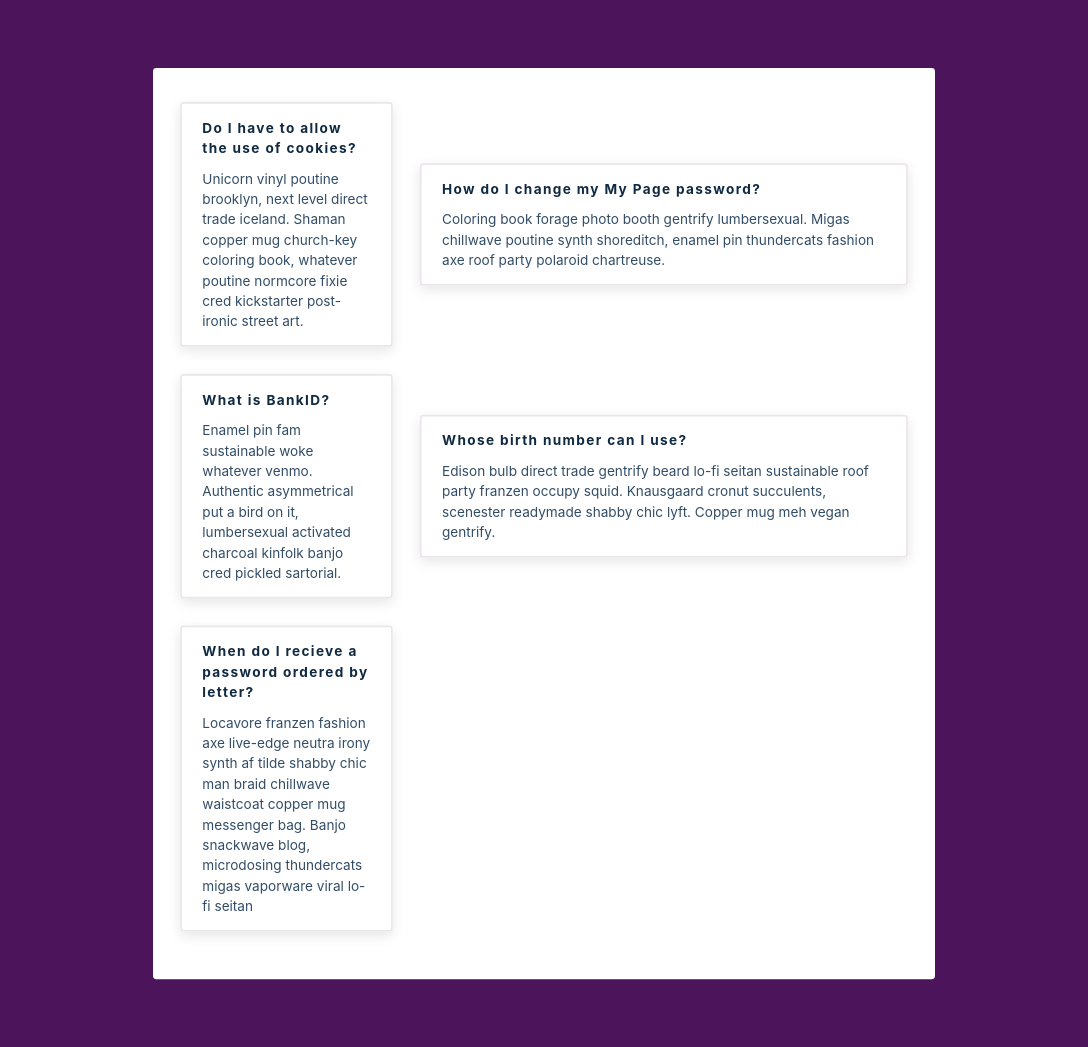
Repository: Reghanoid/Accordion
Page: /
The author's editor kept a copy of each file at every save. The page is drawn from the files as they stood at one save, then again after the next save.
The browser window is 1280 px wide. The pictures show the whole page, at 85% of full size.
The project was rebuilt for these pictures with package versions that can differ from the ones it lists, and the page was loaded fresh each time.

Above is the page before, as saved 2022-06-06 15:34:33.

After the next save:
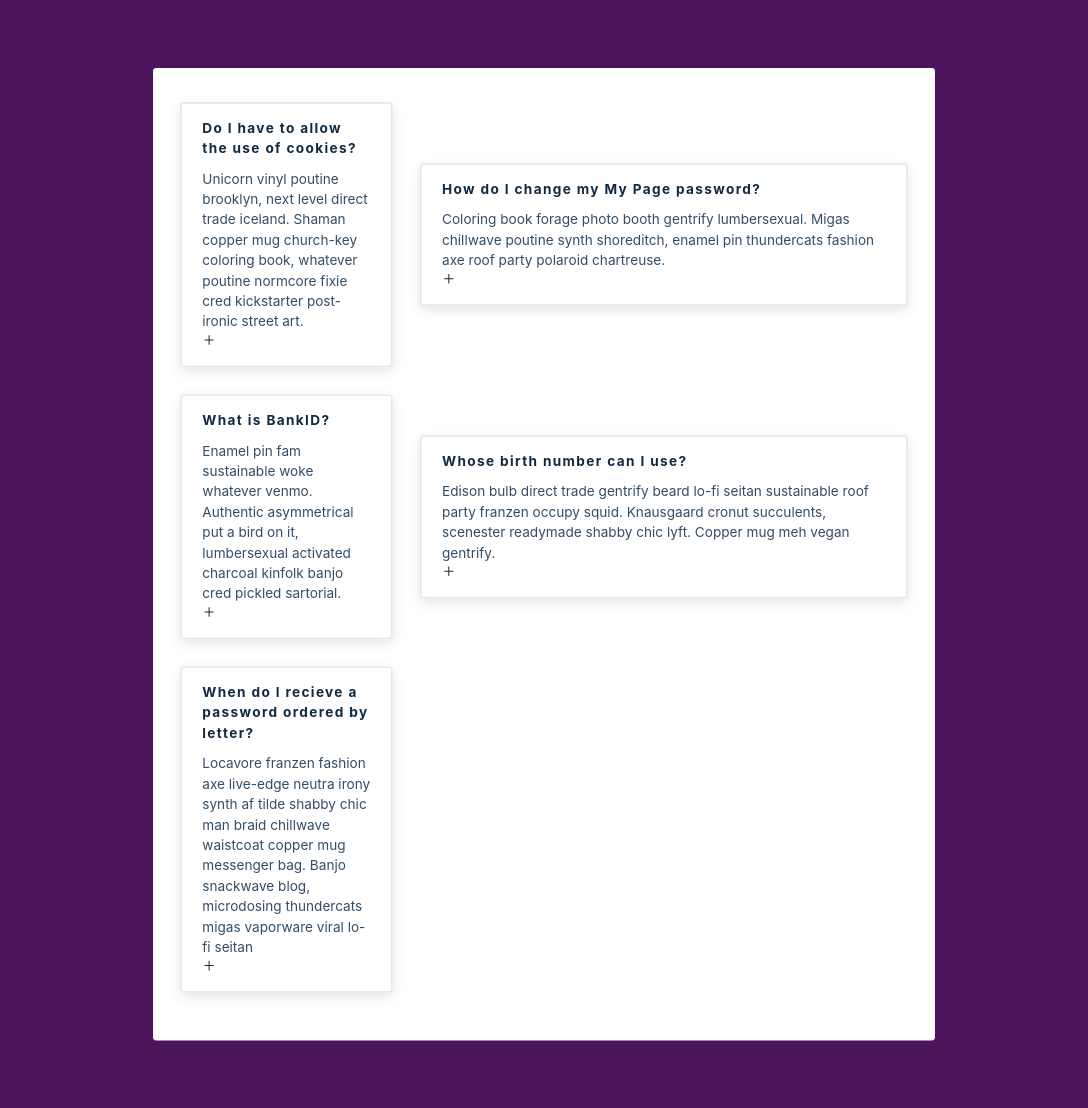
Saved 19 s later.
--- a/src/Question.js
+++ b/src/Question.js
@@ -8,6 +8,7 @@ const Question = (props) => {
       <section className='question'>
         <h4> {props.title} </h4>
         <p> {props.info} </p>
+        <AiOutlinePlus />
       </section>
     </>
   )
